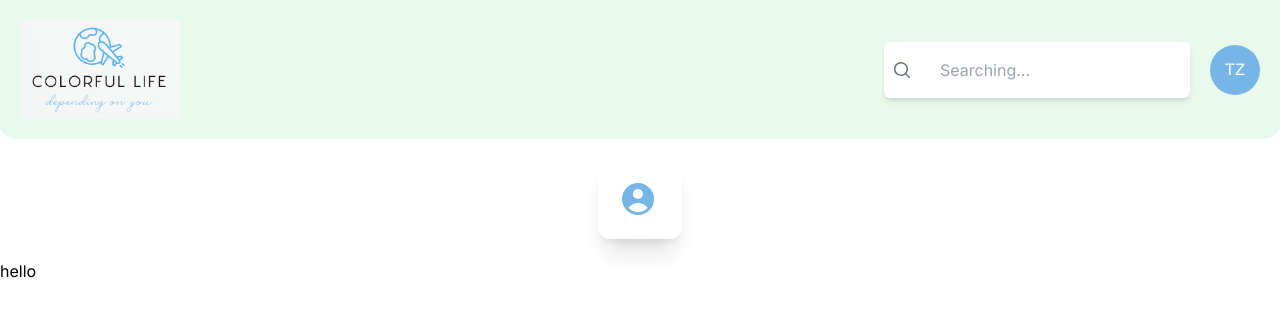
Repository: Tracy-maker/Kban
Page: /
These files come from the project's save history. The page is drawn as it stood at one moment and after the next save; the edit follows.
The browser window is 1280 px wide. The pictures show the whole page.
The project was rebuilt for these pictures with package versions that can differ from the ones it lists, and the page was loaded fresh each time. The framework's server and built-in components were replaced by stand-ins that run in the browser. Also part of the build but not shown: next.config.js.

Above is the page before, as saved 2023-08-23 18:12:56.

### app/layout.tsx
import './globals.css'
import type { Metadata } from 'next'
import { Inter } from 'next/font/google'

const inter = Inter({ subsets: ['latin'] })

export const metadata: Metadata = {
  title: 'Kanban Board',
  description: 'Generated by the Yix',
}

export default function RootLayout({
  children,
}: {
  children: React.ReactNode
}) {
  return (
    <html lang="en">
      <body className={inter.className}>{children}</body>
    </html>
  )
}

### app/page.tsx
import Header from "@/components/Header/Header";



export default function Home() {
  return (
    <main>

      <Header />
      <h1>hello</h1>
    </main>
  );
}

### components/Header/Header.tsx
"use client";
import React from "react";
import Image from "next/image";
import p1 from "@/components/assets/ad.png";
import { MagnifyingGlassIcon, UserCircleIcon } from "@heroicons/react/20/solid";
import Avatar from "react-avatar";

function Header() {
  return (
    <header>
      <div className="flex flex-col md:flex-row items-center p-5 bg-green-500/10 rounded-b-2xl">
        <Image
          className="w-40 md:w-50 pb-10 md:pb-0 object-contain"
          src={p1}
          alt="kanBan Logo"
          width={300}
          height={100}
        />
        <div className="flex items-center space-x-5 flex-1 justify-end w-full">
          <form className="flex items-center space-x-5 bg-white rounded-md p-2 shadow-md flex-1 md:flex-initial">
            <MagnifyingGlassIcon className="w-5 h-5 text-gray-500" />
            <input
              type="text"
              placeholder="Searching..."
              className="flex-1 outline-none p-2"
            />
            <button type="submit" hidden>
              Search
            </button>
          </form>
          <Avatar name="Tracy Z" round size="50" color="#78b5e7" />
        </div>
      </div>
      <div className="flex items-center justify-center px-5 md:py-5">
        <p className="flex items-center p-5 text-sm font-light pr-5 shadow-xl rounded-xl w-fit bg-white italic max-w-3xl text-[#78b5e7]">
          <UserCircleIcon className="inline-block h-10 w-10 text-[#78b5e7] mr-1"/>
        </p>
      </div>
    </header>
  );
}

export default Header;

Loaded but not shown: app/globals.css (common file); tailwind.config.ts (common file)

After the next save:
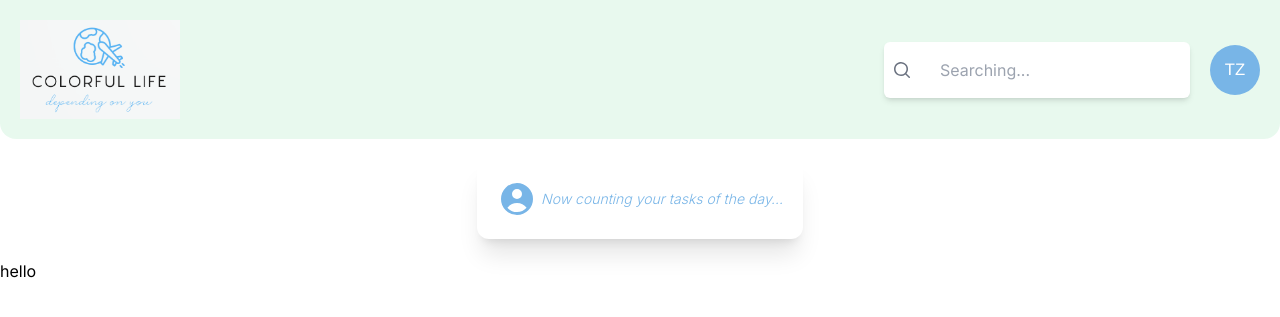
Saved 10 min 55 s later.
--- a/components/Header/Header.tsx
+++ b/components/Header/Header.tsx
@@ -34,6 +34,7 @@
       <div className="flex items-center justify-center px-5 md:py-5">
         <p className="flex items-center p-5 text-sm font-light pr-5 shadow-xl rounded-xl w-fit bg-white italic max-w-3xl text-[#78b5e7]">
           <UserCircleIcon className="inline-block h-10 w-10 text-[#78b5e7] mr-1"/>
+          Now counting your tasks of the day...
         </p>
       </div>
     </header>
